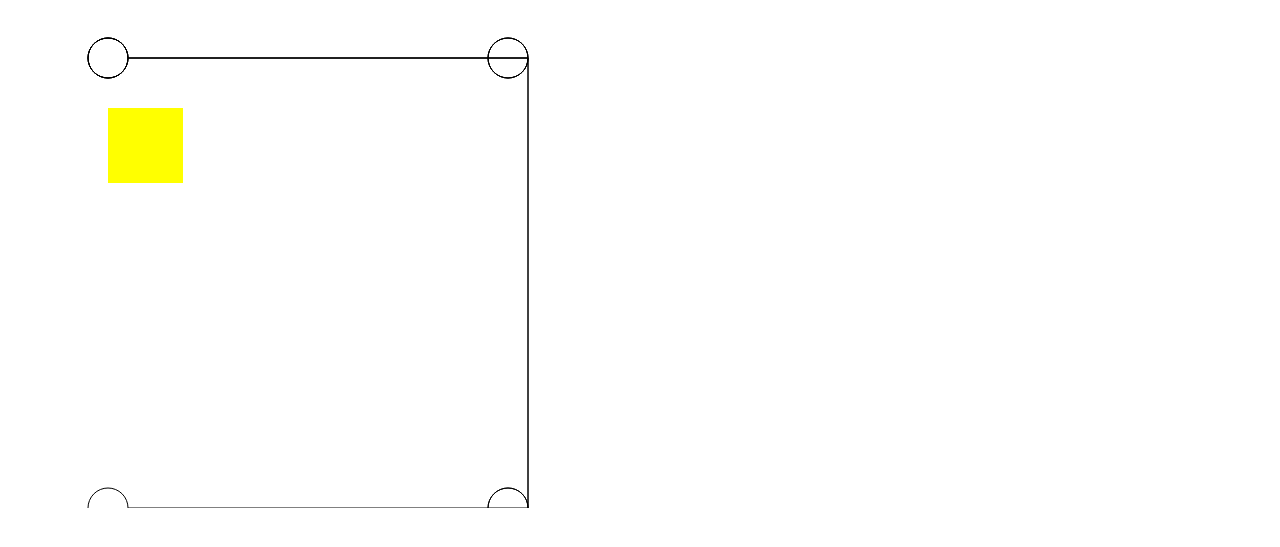
Repository: facio313/Python
Page: HELLO_PYTHON/day17/templates/canvas.html
These files come from the project's save history. The page is drawn as it stood at one moment and after the next save; the edit follows.
The browser window is 1280 px wide. The pictures show the whole page.

Above is the page before, as saved 2022-12-15 10:36:24.

After the next save:
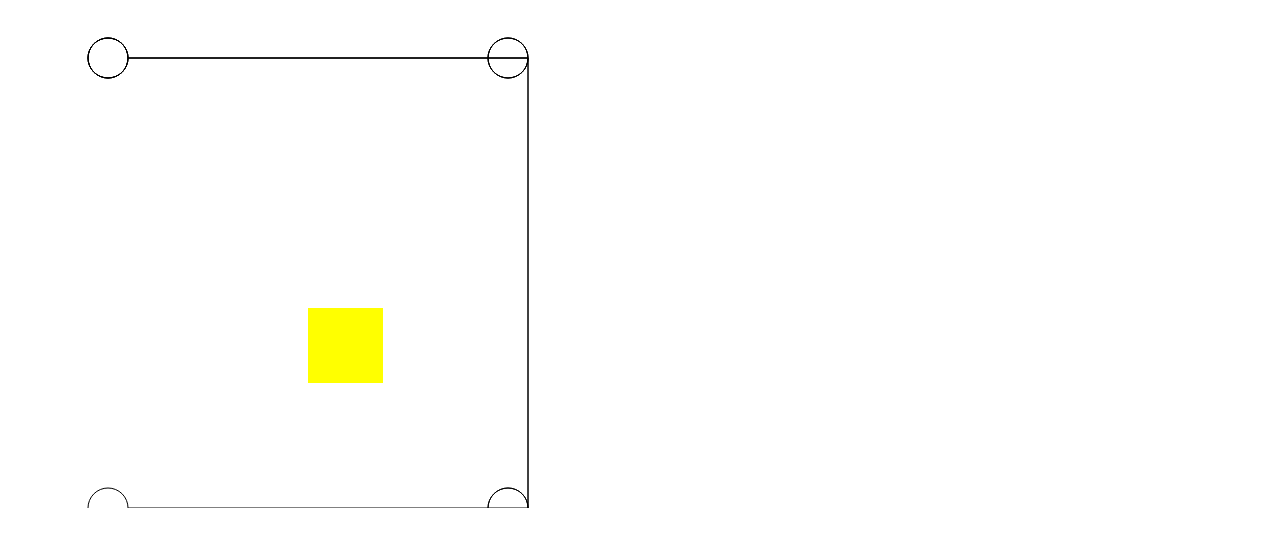
Saved 22 s later.
--- a/HELLO_PYTHON/day17/templates/canvas.html
+++ b/HELLO_PYTHON/day17/templates/canvas.html
@@ -23,7 +23,7 @@ function loader(){
 	ctx.stroke();
 
 	ctx.fillStyle = "rgba(255, 255, 0, 1)";
-	ctx.fillRect (100, 100, 75, 75);
+	ctx.fillRect (300, 300, 75, 75);
 }
 </script>
 
